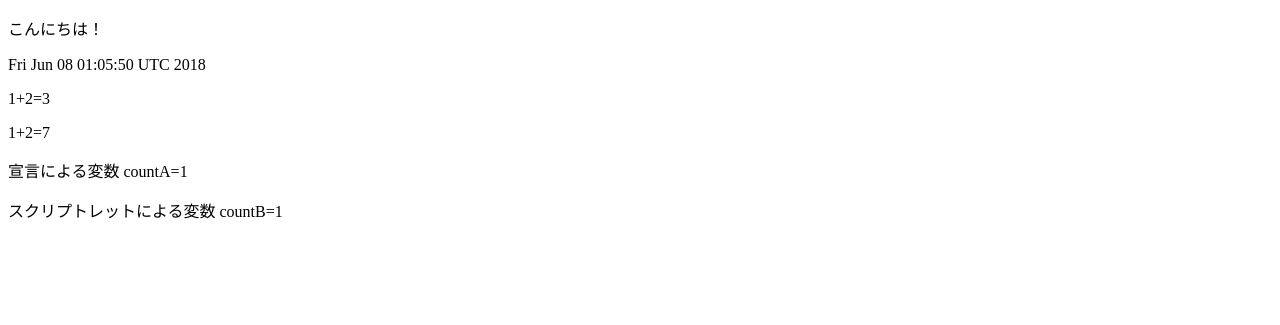
Repository: jun-01731/test
Page: http://localhost/HelloJSP/
The author's editor kept a copy of each file at every save. The page is drawn from the files as they stood at one save, then again after the next save.
The browser window is 1280 px wide. The pictures show the whole page.
The page is served by Tomcat 9.

Above is the page before, as saved 2018-06-11 02:07:54.

### HelloJSP/WebContent/index.jsp
<%@ page language="java" contentType="text/html; charset=UTF-8"
    pageEncoding="UTF-8"%>
<!DOCTYPE html>
<html>
<head>
<meta charset="UTF-8">
<title>TEST</title>
</head>
<body>
<p>こんにちは！</p>
<% out.println(new java.util.Date()); %>


<%!
static int add(int a, int b){
	return a+b;
}
%>
<p>1+2=<%=add(1,2) %></p>
<p>1+2=<%=add(3,4) %></p>


<%! static int countA=0; %>
<%
int countB=0;
countA++;
countB++;
%>
<p>宣言による変数 countA=<%=countA %></p>
<p>スクリプトレットによる変数 countB=<%=countB %></p>





</body>
</html>

After the next save:
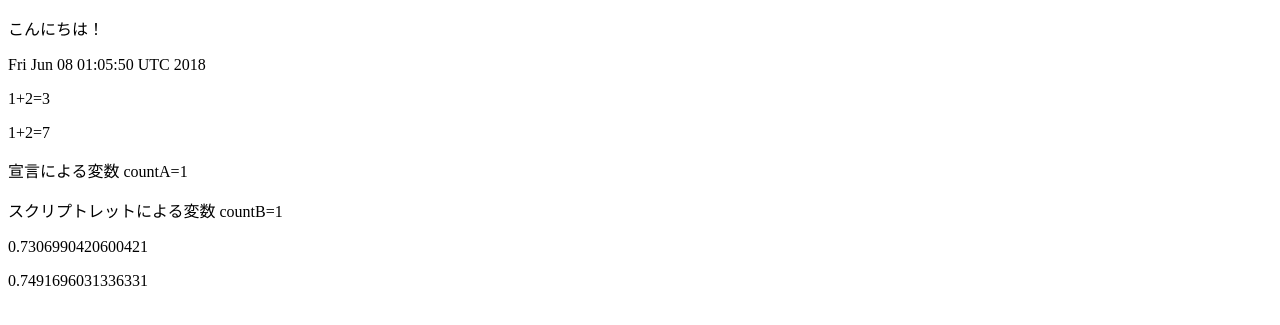
Saved 4 min 38 s later.
--- a/HelloJSP/WebContent/index.jsp
+++ b/HelloJSP/WebContent/index.jsp
@@ -11,6 +11,7 @@
 <% out.println(new java.util.Date()); %>
 
 
+
 <%!
 static int add(int a, int b){
 	return a+b;
@@ -18,6 +19,7 @@ static int add(int a, int b){
 %>
 <p>1+2=<%=add(1,2) %></p>
 <p>1+2=<%=add(3,4) %></p>
+
 
 
 <%! static int countA=0; %>
@@ -31,6 +33,11 @@ countB++;
 
 
 
+<P><% out.println(Math.random()); %></P>
+<p><%=Math.random() %></p>
+
+
+
 
 
 </body>
